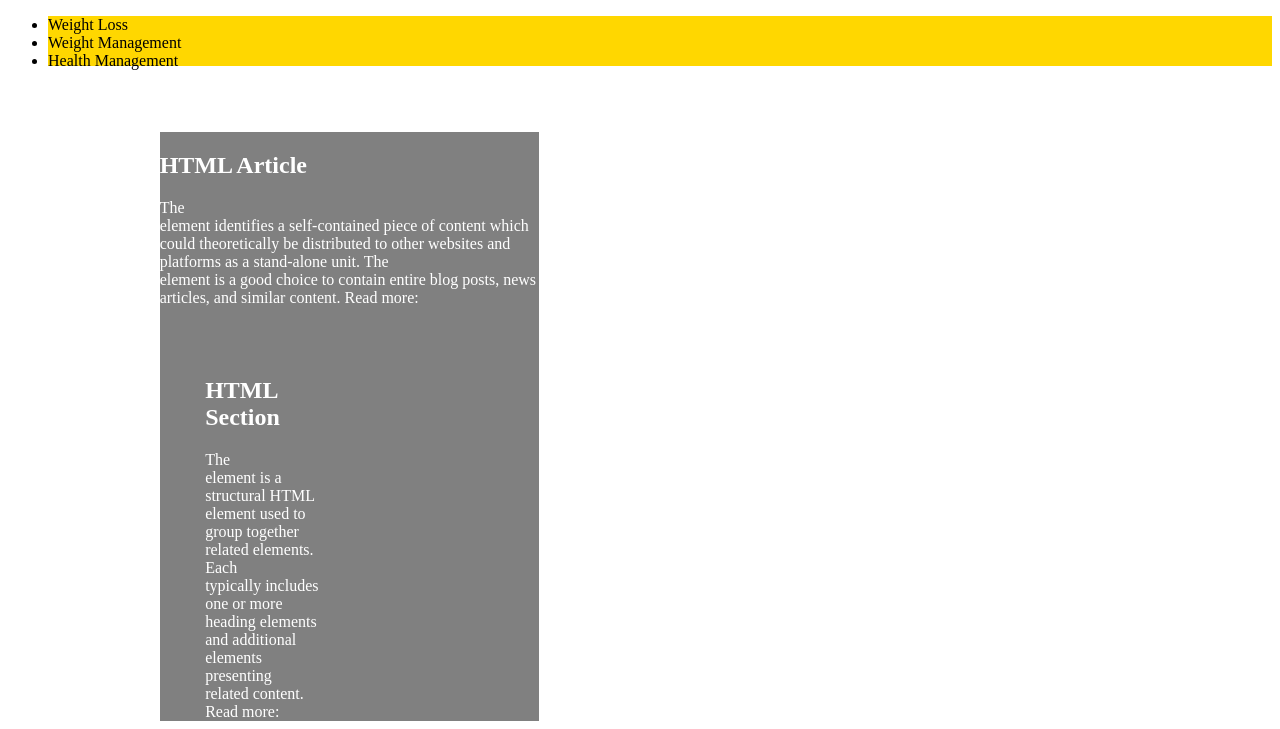
Repository: helloneibor/project1
Page: project1.html
The author's editor kept a record of every edit. The page is drawn from the files as they stood at one moment, then again after the next edit.
The browser window is 1280 px wide. The pictures show the whole page.

Above is the page before.

After the next edit:
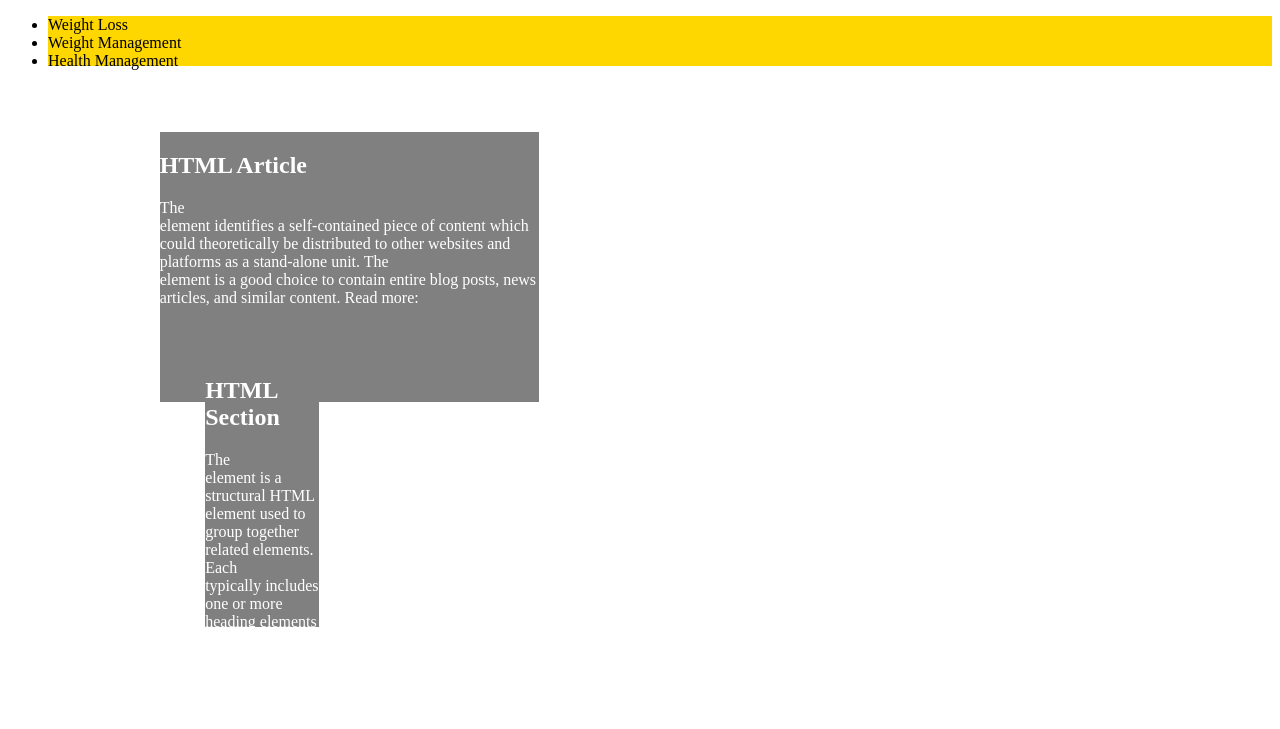
The edit:
--- a/main.css
+++ b/main.css
@@ -6,7 +6,7 @@
 
 .blocks {
     background-color: grey;
-    height: 80%;
+    height: 270px;
     width: 30%;
     display:inline-block;
     text-align: left;
